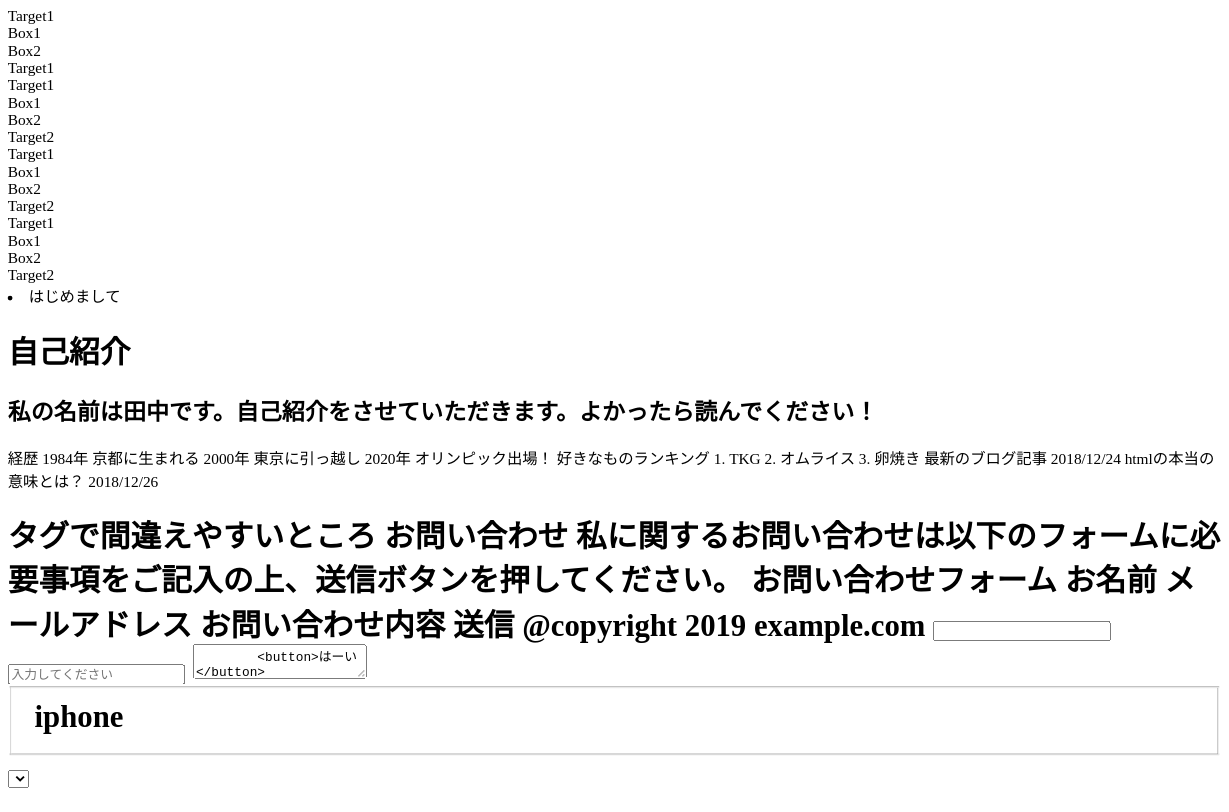
Repository: wairoku/suretigai1
Page: jack.html
The author's editor kept a copy of each file at every save. The page is drawn from the files as they stood at one save, then again after the next save.
The browser window is 1280 px wide. The pictures show the whole page, at 96% of full size.

Above is the page before, as saved 2019-01-02 19:15:05.

After the next save:
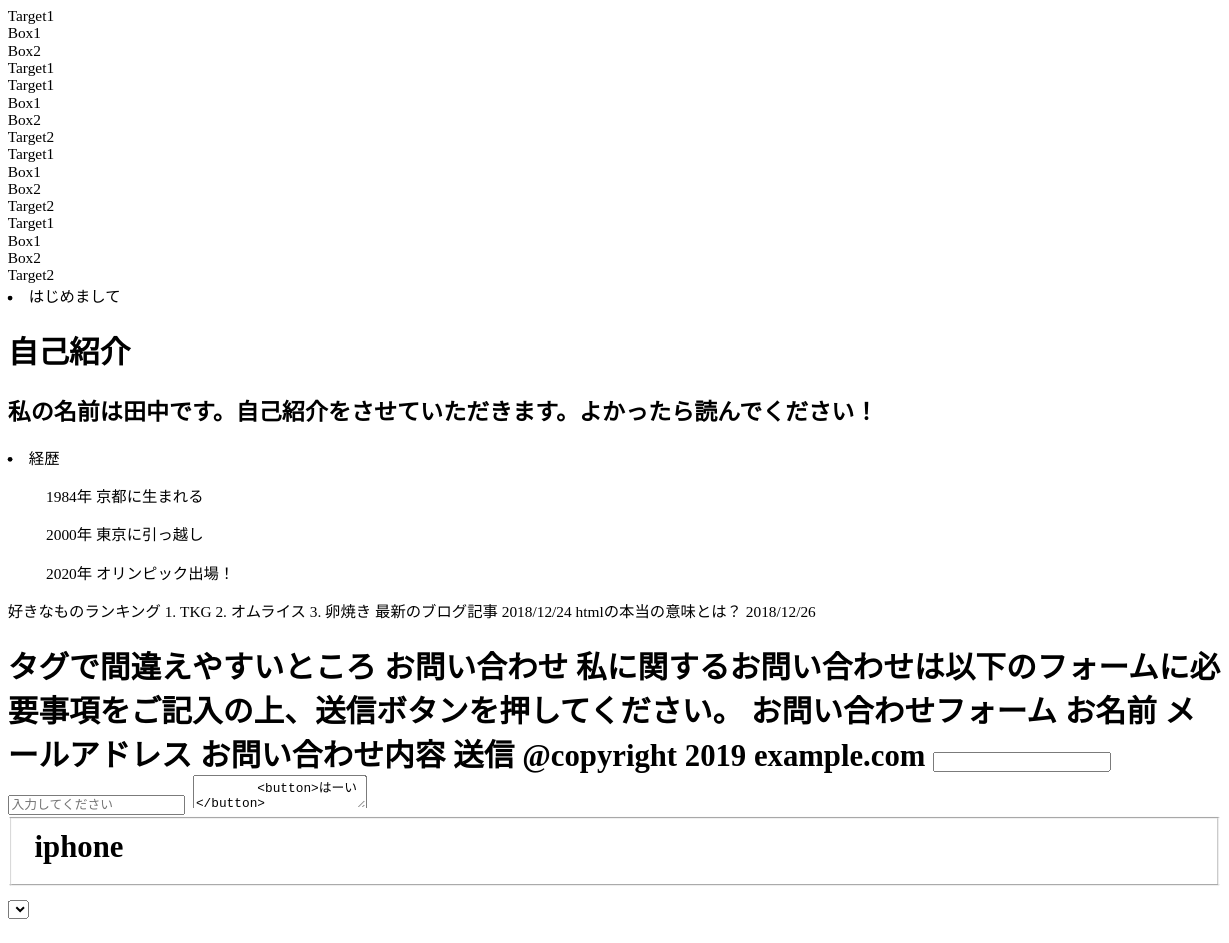
Saved 117 s later.
--- a/jack.html
+++ b/jack.html
@@ -32,10 +32,11 @@
 <h1>自己紹介</h1>
 <h2>私の名前は田中です。自己紹介をさせていただきます。よかったら読んでください！</h2>
 
-経歴
-1984年 京都に生まれる
-2000年 東京に引っ越し
-2020年 オリンピック出場！
+<li>経歴
+    <ul>1984年 京都に生まれる</ul>
+    <ul>2000年 東京に引っ越し</ul>
+    <ul>2020年 オリンピック出場！</ul>
+</li>
 
 好きなものランキング
 1. TKG
